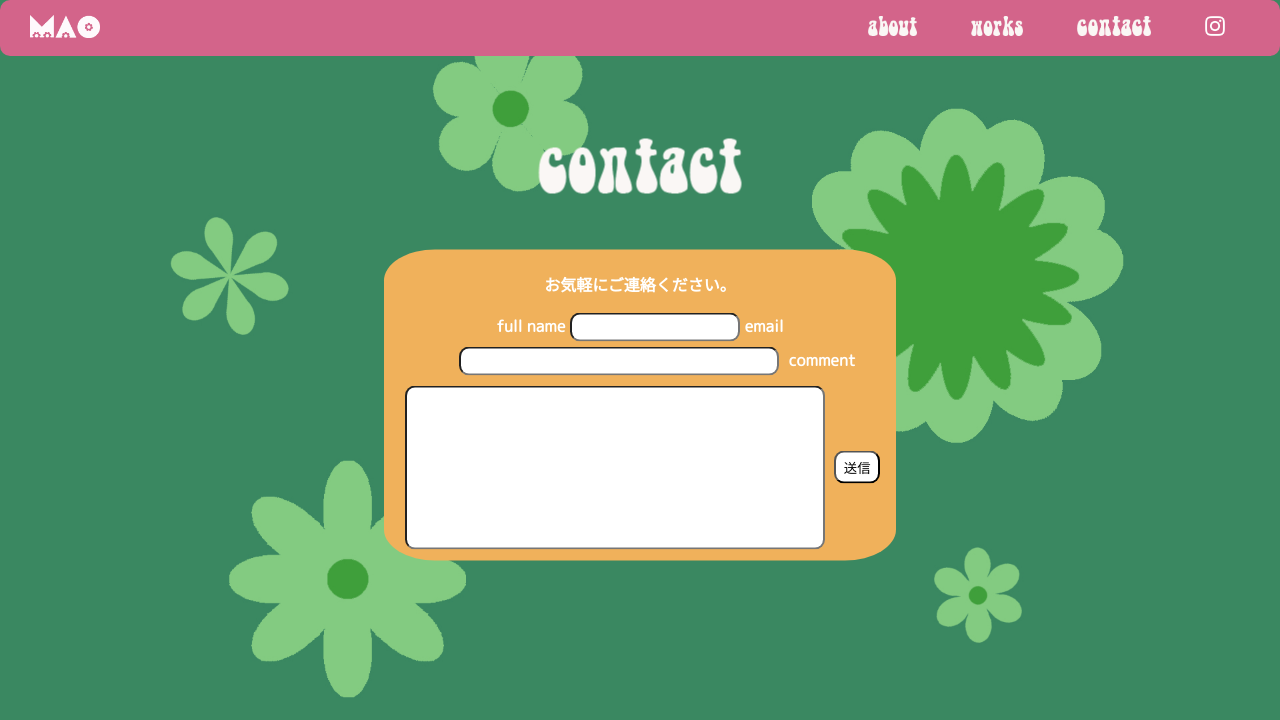
Repository: HarashimaMao/portfolio
Page: contact.html
The author's editor kept a record of every edit. The page is drawn from the files as they stood at one moment, then again after the next edit.
The browser window is 1280 px wide. The pictures show the whole page.

Above is the page before.

### contact.html
<!DOCTYPE html>
<html lang ="ja">
    <head>
        <meta charset="utf-8">
        <title>HarashimaMao</title>
        <style>
          body {
              margin: 0;
              background-image: url(images/my_home_page4.jpg);
              background-size: cover;
          }

          .header {
              width: 100%;
              display: flex;
              background-color: #D3648A;
              justify-content: space-between;
              border-radius: 10px;
          }

          .header-logo {
              margin-top: 15px;
              margin-left: 30px;
          }

          ul {
              list-style: none;
              margin-right: 5px;

          }

          li {
              display: inline-block;
              margin-right: 50px;
          }

          .main {
              color: #FFF;
              font-family: "M PLUS Rounded 1c";
              text-align: center;
          }

          .main img {
              position: absolute;
              top: 23%;
              margin-right: -50%;
              transform: translate(-50%,-50%)

          }

          .container {
              font-weight: 700;
              margin: 0;
              position: absolute;
              top: 50%;
              left: 50%;
              margin-right: -50%;
              transform: translate(-50%,-50%)
          }

          .square {
              margin-top: 90px;
              position: relative;
              width: 500px;
              padding: 6px;
              background: #F0B15B;
              border-radius: 10%;
          }

          form li {
              display: flex;
              align-items: center;
              lfex-derectiom: column;
          }


          .username {
              border-radius: 10px;
              padding: 5px 8px;
          }

          input.username {
              width: 150px;
              margin-left: 5px;

          }

          .email {
              border-radius: 10px;
              padding: 5px 8px;
              margin: 5px;
          }

          input.email {
              width: 300px;
              margin-left: 35px;
          }

          .comment {
              outline-color: #FFF;
              border-radius: 10px;
              padding: 5px 8px;
              margin: 5px;
          }

          input.comment {
              width: 400px;
              height: 150px;
              margin: 5px;
          }

          .btn {
              border-radius: 10px;
              padding: 5px 8px;
              background-color: #FFF;
          }

        </style>
        <link href="https://fonts.googleapis.com/css?family=M+PLUS+Rounded+1c" rel="stylesheet">
    </head>

    <body>
        <div class="header">
            <div class="header-logo">
                <a href="top.html"><img src="images/MAOlogo.png" width="70px"></a>
            </div>
            <div class="header-list">
                <ul>
                    <li><a href="about.html"><img src="images/about.png" alt="about" height="20px"></a></li>
                    <li><a href="works.html"><img src="images/works.png" alt="works" height="20px"></a></li>
                    <li><a href="contact.html"><img src="images/contact.png" alt="contact" height="20px"></a></li>
                    <li><a href="https://www.instagram.com/mao_yz/?hl=en"><img src="images/insta.png" alt="insta" height="20px"></a></li>
                </ul>
            </div>
        </div>

        <div class="main">
            <img src="images/contact.png" alt="contact">

            <div class="container">
            <div class="square">
                <p>お気軽にご連絡ください。</p>
                <form>
                    full name<input type="text" class="username"/></li>
                    email<input type="text" class="email" /></li>
                    comment<input type="text" class="comment" /></li>
                    <input type="button" value="送信" class="btn"/>
                </form>
            </div>
            </div>
        </div>

        <script src="jquery-3.6.0.min.js"></script>
        <script>
             $(function(){
                $('.header').hover(
                    function(){
                        $(this).animate({
                            'font-size':'20px'
                        });
                    },
                    function(){
                        $(this).animate({
                            'font-size':'16px'
                        });
                    });
            });
        </script>
    </body>
</html>

Loaded but not shown: jquery-3.6.0.min.js (library)

After the next edit:
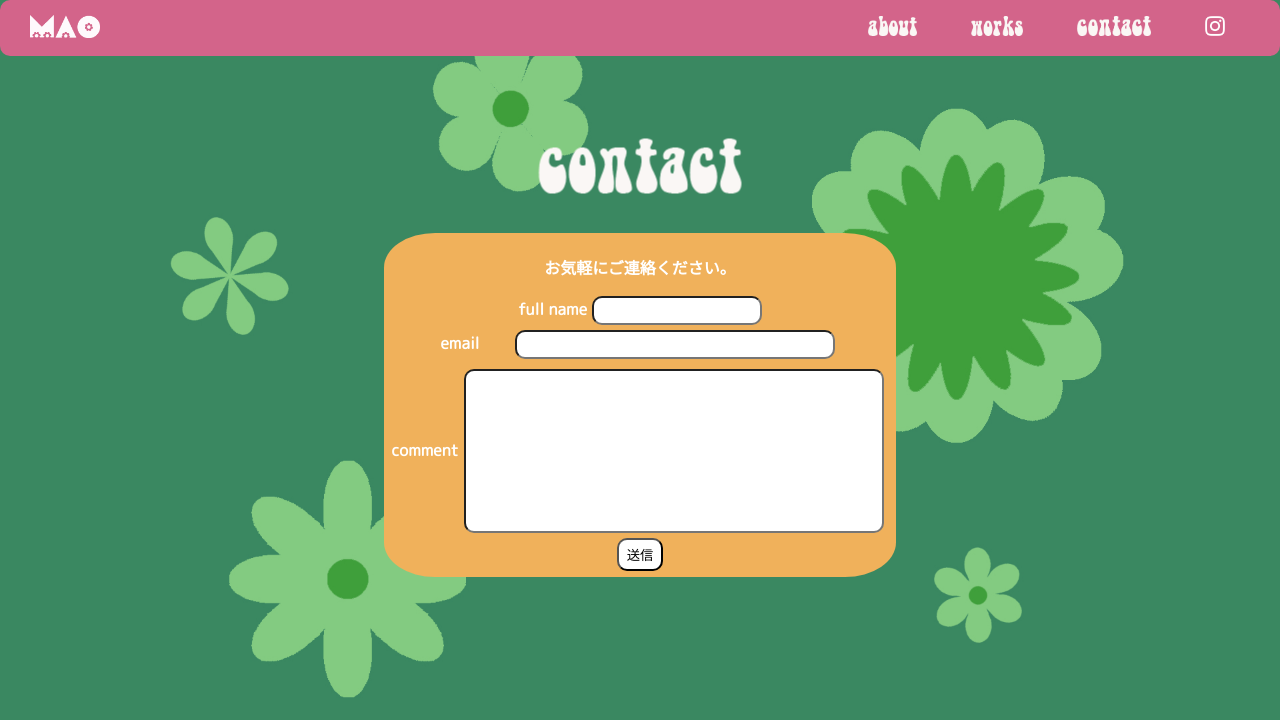
The edit:
--- a/contact.html
+++ b/contact.html
@@ -141,9 +141,9 @@
             <div class="square">
                 <p>お気軽にご連絡ください。</p>
                 <form>
-                    full name<input type="text" class="username"/></li>
-                    email<input type="text" class="email" /></li>
-                    comment<input type="text" class="comment" /></li>
+                    full name<input type="text" class="username"/></br>
+                    email<input type="text" class="email" /></br>
+                    comment<input type="text" class="comment" /></br>
                     <input type="button" value="送信" class="btn"/>
                 </form>
             </div>
